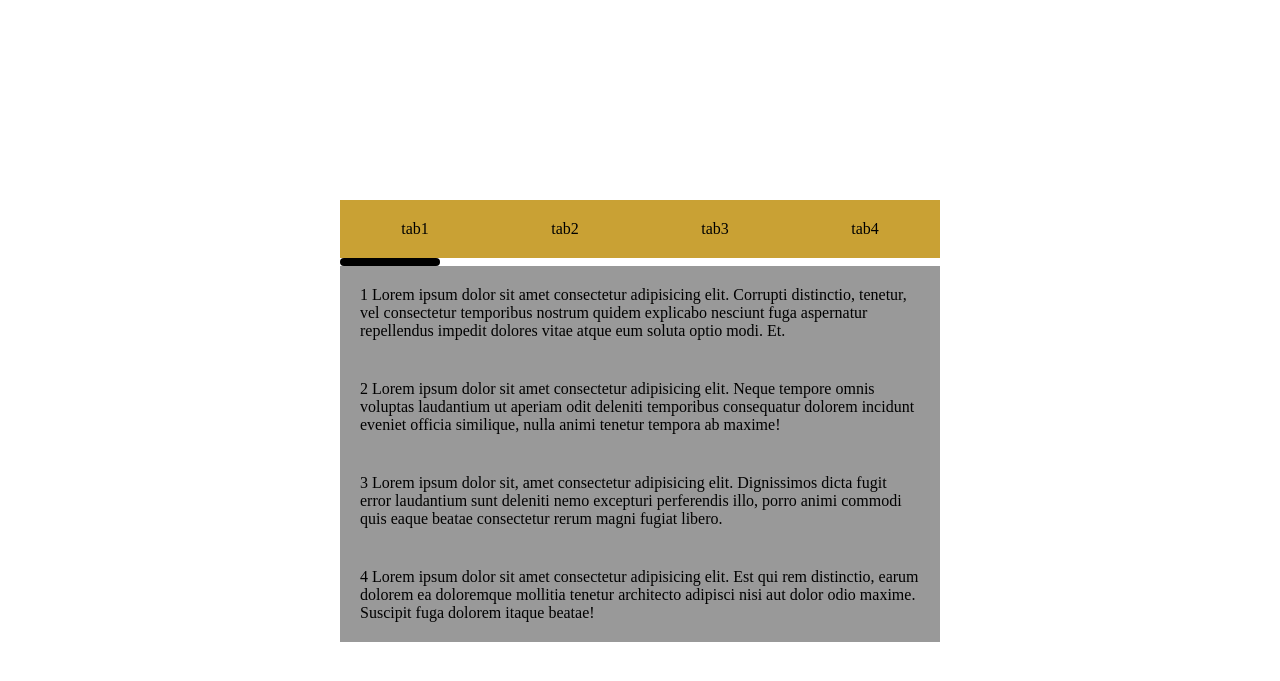
Repository: PCTai/javascript-coban
Page: tab UI/index.html
These files come from the project's save history. The page is drawn as it stood at one moment and after the next save; the edit follows.
The browser window is 1280 px wide. The pictures show the whole page.

Above is the page before, as saved 2022-02-09 17:00:49.

### tab UI/index.html
<!DOCTYPE html>
<html lang="en">
<head>
    <meta charset="UTF-8">
    <meta http-equiv="X-UA-Compatible" content="IE=edge">
    <meta name="viewport" content="width=device-width, initial-scale=1.0">
    <title>Document</title>
    <link rel="stylesheet" href="./style.css">
</head>
<body>
    <div class="container">
        <div class="tab">
            <div class="tab-item">tab1</div>
            <div class="tab-item">tab2</div>
            <div class="tab-item">tab3</div>
            <div class="tab-item">tab4</div>

        </div>
        <div class="tab-line"></div>
        <div class="box">
            <div class="box-item">1 Lorem ipsum dolor sit amet consectetur adipisicing elit. Corrupti distinctio, tenetur, vel consectetur temporibus nostrum quidem explicabo nesciunt fuga aspernatur repellendus impedit dolores vitae atque eum soluta optio modi. Et.</div>
            <div class="box-item">2 Lorem ipsum dolor sit amet consectetur adipisicing elit. Neque tempore omnis voluptas laudantium ut aperiam odit deleniti temporibus consequatur dolorem incidunt eveniet officia similique, nulla animi tenetur tempora ab maxime!</div>
            <div class="box-item">3 Lorem ipsum dolor sit, amet consectetur adipisicing elit. Dignissimos dicta fugit error laudantium sunt deleniti nemo excepturi perferendis illo, porro animi commodi quis eaque beatae consectetur rerum magni fugiat libero.</div>
            <div class="box-item">4 Lorem ipsum dolor sit amet consectetur adipisicing elit. Est qui rem distinctio, earum dolorem ea doloremque mollitia tenetur architecto adipisci nisi aut dolor odio maxime. Suscipit fuga dolorem itaque beatae!</div>
        </div>

    </div>


    <script src="./app.js"></script>
</body>
</html>

### tab UI/style.css
*{
    margin: 0;
    border: 0;
    padding: 0;
}
.container{
    width: 600px;
    margin: auto;
    background-color:#fff;
    margin-top: 200px;

}
.tab{
    display: flex;
}
.tab-item{
    flex: 1;
    text-align: center;
    padding: 20px 0;
    background-color: rgb(201, 161, 52);

}
.tab-line{
    width: 100px;
    height: 8px;
    left: 0;
    background-color: #000;
    transition: linear 0.3s;
    border-radius: 5px;
}

.box{
    background-color: #999;
}

.box-item{
    padding: 20px 20px;
}

Loaded but not shown: tab UI/app.js (no stored copy; drawn as an empty file)

After the next save:
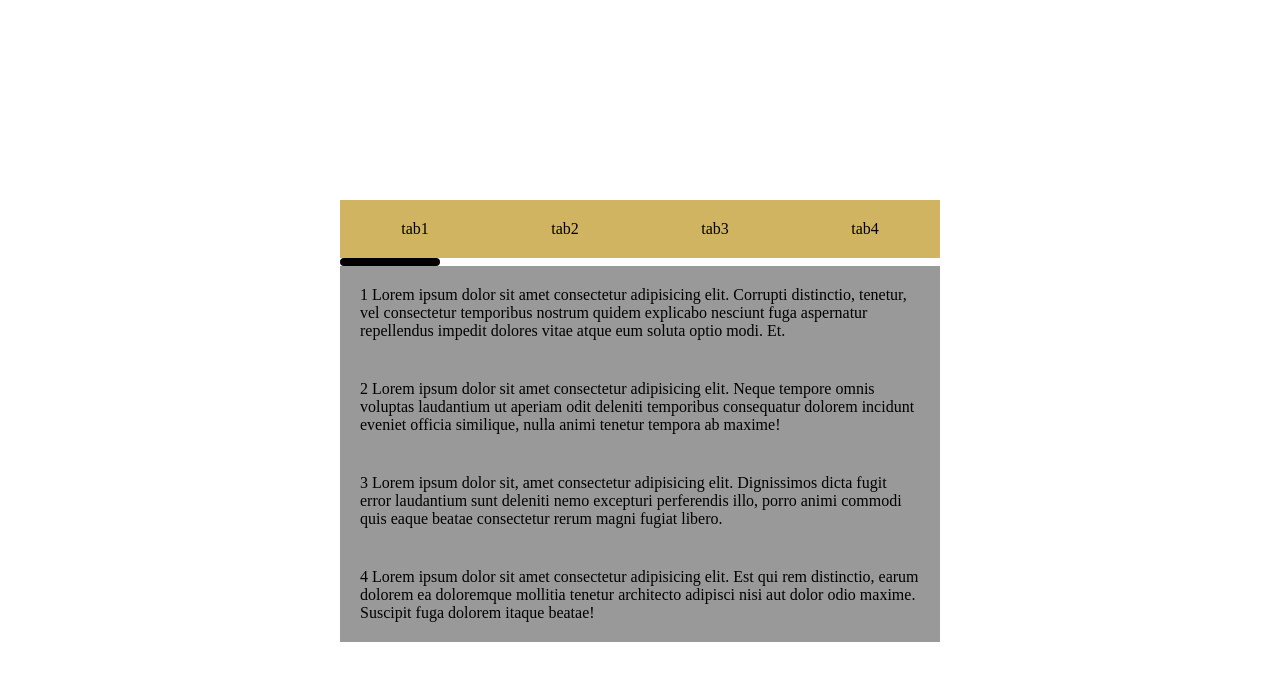
Saved 8 s later.
--- a/tab UI/style.css
+++ b/tab UI/style.css
@@ -17,7 +17,7 @@
     flex: 1;
     text-align: center;
     padding: 20px 0;
-    background-color: rgb(201, 161, 52);
+    background-color: rgb(209, 180, 98);
 
 }
 .tab-line{
